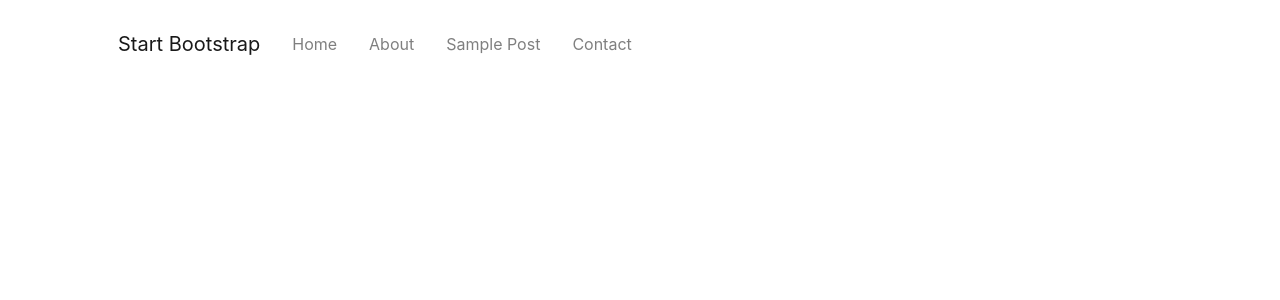
Repository: shinyoungjei/SSAFY_Final_PJT
Page: /user/mypage (app in front/)
The author's editor kept a copy of each file at every save. The page is drawn from the files as they stood at one save, then again after the next save.
The browser window is 1280 px wide. The pictures show the whole page.
The project was rebuilt for these pictures with package versions that can differ from the ones it lists, and the page was loaded fresh each time. Also part of the build but not shown: front/vue.config.js, front/src/views/HomeView.vue, front/src/views/AreaView.vue. Imported but missing from the stored project, and not drawn on this page: front/happyhouse/src/api/axios.js, front/happyhouse/src/components/faq/QuestionChatItem.

Above is the page before, as saved 2022-05-24 00:59:10.

After the next save:
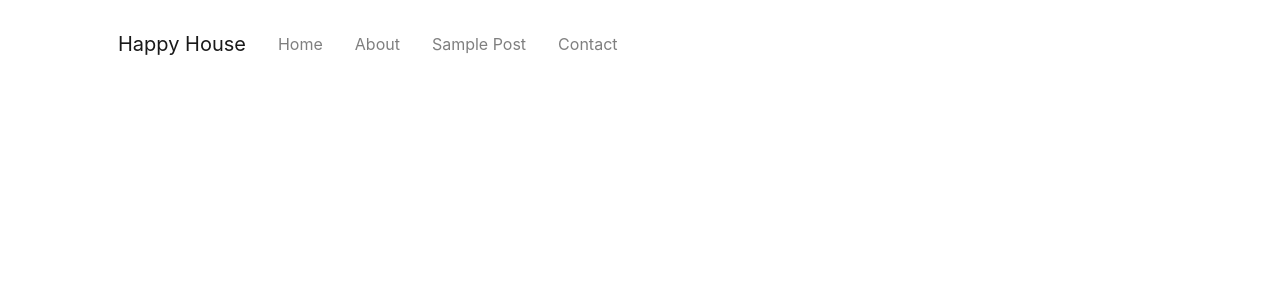
Saved 24 s later.
--- a/front/src/components/common/Header.vue
+++ b/front/src/components/common/Header.vue
@@ -3,7 +3,7 @@
     <!-- Navigation-->
     <nav class="navbar navbar-expand-lg navbar-light" id="mainNav">
       <div class="container px-4 px-lg-5">
-        <a class="navbar-brand" href="index.html">Start Bootstrap</a>
+        <a class="navbar-brand" href="index.html">Happy House</a>
         <button
           class="navbar-toggler"
           type="button"
